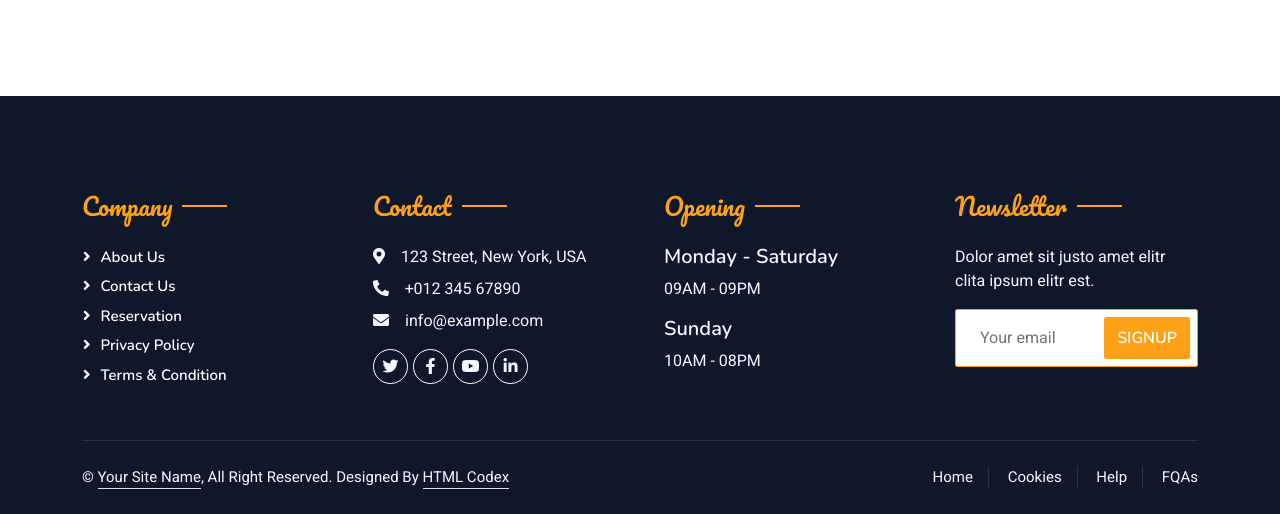
Repository: BDGomar/Presi
Page: contact.html
An editor plug-in stored every save of this project. The page is shown before and after a run of saves, followed by the edit.
The browser window is 1280 px wide. The pictures show the part of the page from y = 1089 to 1603 px (the page is 1603 px tall before and 1594 px after).
Some web libraries are served in a nearby version.

Above is the page before, as saved 2024-11-12 19:29:12.

### contact.html
<!DOCTYPE html>
<html lang="en">

<head>
    <meta charset="utf-8">
    <title>Restoran - Bootstrap Restaurant Template</title>
    <meta content="width=device-width, initial-scale=1.0" name="viewport">
    <meta content="" name="keywords">
    <meta content="" name="description">

    <!-- Favicon -->
    <link href="img/favicon.ico" rel="icon">

    <!-- Google Web Fonts -->
    <link rel="preconnect" href="https://fonts.googleapis.com">
    <link rel="preconnect" href="https://fonts.gstatic.com" crossorigin>
    <link href="https://fonts.googleapis.com/css2?family=Heebo:wght@400;500;600&family=Nunito:wght@600;700;800&family=Pacifico&display=swap" rel="stylesheet">

    <!-- Icon Font Stylesheet -->
    <link href="https://cdnjs.cloudflare.com/ajax/libs/font-awesome/5.10.0/css/all.min.css" rel="stylesheet">
    <link href="https://cdn.jsdelivr.net/npm/bootstrap-icons@1.4.1/font/bootstrap-icons.css" rel="stylesheet">

    <!-- Libraries Stylesheet -->
    <link href="lib/animate/animate.min.css" rel="stylesheet">
    <link href="lib/owlcarousel/assets/owl.carousel.min.css" rel="stylesheet">
    <link href="lib/tempusdominus/css/tempusdominus-bootstrap-4.min.css" rel="stylesheet" />

    <!-- Customized Bootstrap Stylesheet -->
    <link href="css/bootstrap.min.css" rel="stylesheet">

    <!-- Template Stylesheet -->
    <link href="css/style.css" rel="stylesheet">
</head>

<body>
    <div class="container-xxl bg-white p-0">
        <!-- Spinner Start -->
        <div id="spinner" class="show bg-white position-fixed translate-middle w-100 vh-100 top-50 start-50 d-flex align-items-center justify-content-center">
            <div class="spinner-border text-primary" style="width: 3rem; height: 3rem;" role="status">
                <span class="sr-only">Loading...</span>
            </div>
        </div>
        <!-- Spinner End -->


        <!-- Navbar & Hero Start -->
        <div class="container-xxl position-relative p-0">
            <nav class="navbar navbar-expand-lg navbar-dark bg-dark px-4 px-lg-5 py-3 py-lg-0">
                <a href="" class="navbar-brand p-0">
                    <h1 class="text-primary m-0"><i class="fa fa-utensils me-3"></i>Restoran</h1>
                    <!-- <img src="img/logo.png" alt="Logo"> -->
                </a>
                <button class="navbar-toggler" type="button" data-bs-toggle="collapse" data-bs-target="#navbarCollapse">
                    <span class="fa fa-bars"></span>
                </button>
                <div class="collapse navbar-collapse" id="navbarCollapse">
                    <div class="navbar-nav ms-auto py-0 pe-4">
                        <a href="index.html" class="nav-item nav-link">Home</a>
                        <a href="about.html" class="nav-item nav-link">About</a>
                        <a href="service.html" class="nav-item nav-link">Service</a>
                        <a href="menu.html" class="nav-item nav-link">Menu</a>
                        <div class="nav-item dropdown">
                            <a href="#" class="nav-link dropdown-toggle" data-bs-toggle="dropdown">Pages</a>
                            <div class="dropdown-menu m-0">
                                <a href="booking.html" class="dropdown-item">Booking</a>
                                <a href="team.html" class="dropdown-item">Our Team</a>
                                <a href="testimonial.html" class="dropdown-item">Testimonial</a>
                            </div>
                        </div>
                        <a href="contact.html" class="nav-item nav-link active">Contact</a>
                    </div>
                    <a href="" class="btn btn-primary py-2 px-4">Book A Table</a>
                </div>
            </nav>

            <div class="container-xxl py-5 bg-dark hero-header mb-5">
                <div class="container text-center my-5 pt-5 pb-4">
                    <h1 class="display-3 text-white mb-3 animated slideInDown">Contact Us</h1>
                    <nav aria-label="breadcrumb">
                        <ol class="breadcrumb justify-content-center text-uppercase">
                            <li class="breadcrumb-item"><a href="#">Home</a></li>
                            <li class="breadcrumb-item"><a href="#">Pages</a></li>
                            <li class="breadcrumb-item text-white active" aria-current="page">Contact</li>
                        </ol>
                    </nav>
                </div>
            </div>
        </div>
        <!-- Navbar & Hero End -->


        <!-- Contact Start -->
        <div class="container-xxl py-5">
            <div class="container">
                <div class="text-center wow fadeInUp" data-wow-delay="0.1s">
                    <h5 class="section-title ff-secondary text-center text-primary fw-normal">Contact Us</h5>
                    <h1 class="mb-5">Contact For Any Query</h1>
                </div>
                <div class="row g-4">
                    <div class="col-12">
                        <div class="row gy-4">
                            <div class="col-md-4">
                                <h5 class="section-title ff-secondary fw-normal text-start text-primary">Booking</h5>
                                <p><i class="fa fa-envelope-open text-primary me-2"></i>book@example.com</p>
                            </div>
                            <div class="col-md-4">
                                <h5 class="section-title ff-secondary fw-normal text-start text-primary">General</h5>
                                <p><i class="fa fa-envelope-open text-primary me-2"></i>info@example.com</p>
                            </div>
                            <div class="col-md-4">
                                <h5 class="section-title ff-secondary fw-normal text-start text-primary">Technical</h5>
                                <p><i class="fa fa-envelope-open text-primary me-2"></i>tech@example.com</p>
                            </div>
                        </div>
                    </div>
                    <div class="col-md-6 wow fadeIn" data-wow-delay="0.1s">
                        <iframe class="position-relative rounded w-100 h-100"
                            src="https://www.google.com/maps/embed?pb=!1m18!1m12!1m3!1d3001156.4288297426!2d-78.01371936852176!3d42.72876761954724!2m3!1f0!2f0!3f0!3m2!1i1024!2i768!4f13.1!3m3!1m2!1s0x4ccc4bf0f123a5a9%3A0xddcfc6c1de189567!2sNew%20York%2C%20USA!5e0!3m2!1sen!2sbd!4v1603794290143!5m2!1sen!2sbd"
                            frameborder="0" style="min-height: 350px; border:0;" allowfullscreen="" aria-hidden="false"
                            tabindex="0"></iframe>
                    </div>
                    <div class="col-md-6">
                        <div class="wow fadeInUp" data-wow-delay="0.2s">
                            <form>
                                <div class="row g-3">
                                    <div class="col-md-6">
                                        <div class="form-floating">
                                            <input type="text" class="form-control" id="name" placeholder="Your Name">
                                            <label for="name">Your Name</label>
                                        </div>
                                    </div>
                                    <div class="col-md-6">
                                        <div class="form-floating">
                                            <input type="email" class="form-control" id="email" placeholder="Your Email">
                                            <label for="email">Your Email</label>
                                        </div>
                                    </div>
                                    <div class="col-12">
                                        <div class="form-floating">
                                            <input type="text" class="form-control" id="subject" placeholder="Subject">
                                            <label for="subject">Subject</label>
                                        </div>
                                    </div>
                                    <div class="col-12">
                                        <div class="form-floating">
                                            <textarea class="form-control" placeholder="Leave a message here" id="message" style="height: 150px"></textarea>
                                            <label for="message">Message</label>
                                        </div>
                                    </div>
                                    <div class="col-12">
                                        <button class="btn btn-primary w-100 py-3" type="submit">Send Message</button>
                                    </div>
                                </div>
                            </form>
                        </div>
                    </div>
                </div>
            </div>
        </div>
        <!-- Contact End -->


        <!-- Footer Start -->
        <div class="container-fluid bg-dark text-light footer pt-5 mt-5 wow fadeIn" data-wow-delay="0.1s">
            <div class="container py-5">
                <div class="row g-5">
                    <div class="col-lg-3 col-md-6">
                        <h4 class="section-title ff-secondary text-start text-primary fw-normal mb-4">Company</h4>
                        <a class="btn btn-link" href="">About Us</a>
                        <a class="btn btn-link" href="">Contact Us</a>
                        <a class="btn btn-link" href="">Reservation</a>
                        <a class="btn btn-link" href="">Privacy Policy</a>
                        <a class="btn btn-link" href="">Terms & Condition</a>
                    </div>
                    <div class="col-lg-3 col-md-6">
                        <h4 class="section-title ff-secondary text-start text-primary fw-normal mb-4">Contact</h4>
                        <p class="mb-2"><i class="fa fa-map-marker-alt me-3"></i>123 Street, New York, USA</p>
                        <p class="mb-2"><i class="fa fa-phone-alt me-3"></i>+012 345 67890</p>
                        <p class="mb-2"><i class="fa fa-envelope me-3"></i>info@example.com</p>
                        <div class="d-flex pt-2">
                            <a class="btn btn-outline-light btn-social" href=""><i class="fab fa-twitter"></i></a>
                            <a class="btn btn-outline-light btn-social" href=""><i class="fab fa-facebook-f"></i></a>
                            <a class="btn btn-outline-light btn-social" href=""><i class="fab fa-youtube"></i></a>
                            <a class="btn btn-outline-light btn-social" href=""><i class="fab fa-linkedin-in"></i></a>
                        </div>
                    </div>
                    <div class="col-lg-3 col-md-6">
                        <h4 class="section-title ff-secondary text-start text-primary fw-normal mb-4">Opening</h4>
                        <h5 class="text-light fw-normal">Monday - Saturday</h5>
                        <p>09AM - 09PM</p>
                        <h5 class="text-light fw-normal">Sunday</h5>
                        <p>10AM - 08PM</p>
                    </div>
                    <div class="col-lg-3 col-md-6">
                        <h4 class="section-title ff-secondary text-start text-primary fw-normal mb-4">Newsletter</h4>
                        <p>Dolor amet sit justo amet elitr clita ipsum elitr est.</p>
                        <div class="position-relative mx-auto" style="max-width: 400px;">
                            <input class="form-control border-primary w-100 py-3 ps-4 pe-5" type="text" placeholder="Your email">
                            <button type="button" class="btn btn-primary py-2 position-absolute top-0 end-0 mt-2 me-2">SignUp</button>
                        </div>
                    </div>
                </div>
            </div>
            <div class="container">
                <div class="copyright">
                    <div class="row">
                        <div class="col-md-6 text-center text-md-start mb-3 mb-md-0">
                            &copy; <a class="border-bottom" href="#">Your Site Name</a>, All Right Reserved.

							<!--/*** This template is free as long as you keep the footer author’s credit link/attribution link/backlink. If you'd like to use the template without the footer author’s credit link/attribution link/backlink, you can purchase the Credit Removal License from "https://htmlcodex.com/credit-removal". Thank you for your support. ***/-->
							Designed By <a class="border-bottom" href="https://htmlcodex.com">HTML Codex</a>
                        </div>
                        <div class="col-md-6 text-center text-md-end">
                            <div class="footer-menu">
                                <a href="">Home</a>
                                <a href="">Cookies</a>
                                <a href="">Help</a>
                                <a href="">FQAs</a>
                            </div>
                        </div>
                    </div>
                </div>
            </div>
        </div>
        <!-- Footer End -->


        <!-- Back to Top -->
        <a href="#" class="btn btn-lg btn-primary btn-lg-square back-to-top"><i class="bi bi-arrow-up"></i></a>
    </div>

    <!-- JavaScript Libraries -->
    <script src="https://code.jquery.com/jquery-3.4.1.min.js"></script>
    <script src="https://cdn.jsdelivr.net/npm/bootstrap@5.0.0/dist/js/bootstrap.bundle.min.js"></script>
    <script src="lib/wow/wow.min.js"></script>
    <script src="lib/easing/easing.min.js"></script>
    <script src="lib/waypoints/waypoints.min.js"></script>
    <script src="lib/counterup/counterup.min.js"></script>
    <script src="lib/owlcarousel/owl.carousel.min.js"></script>
    <script src="lib/tempusdominus/js/moment.min.js"></script>
    <script src="lib/tempusdominus/js/moment-timezone.min.js"></script>
    <script src="lib/tempusdominus/js/tempusdominus-bootstrap-4.min.js"></script>

    <!-- Template Javascript -->
    <script src="js/main.js"></script>
</body>

</html>

Loaded but not shown: lib/animate/animate.min.css (library); lib/owlcarousel/assets/owl.carousel.min.css (common file); lib/tempusdominus/css/tempusdominus-bootstrap-4.min.css (library); css/bootstrap.min.css (library); lib/wow/wow.min.js (library); lib/easing/easing.min.js (common file); lib/waypoints/waypoints.min.js (library); lib/counterup/counterup.min.js (common file); lib/owlcarousel/owl.carousel.min.js (library); lib/tempusdominus/js/moment.min.js (library); lib/tempusdominus/js/moment-timezone.min.js (library); lib/tempusdominus/js/tempusdominus-bootstrap-4.min.js (library); js/main.js (117 lines, source omitted); css/style.css (483 lines, source omitted)

After the next 2 saves:
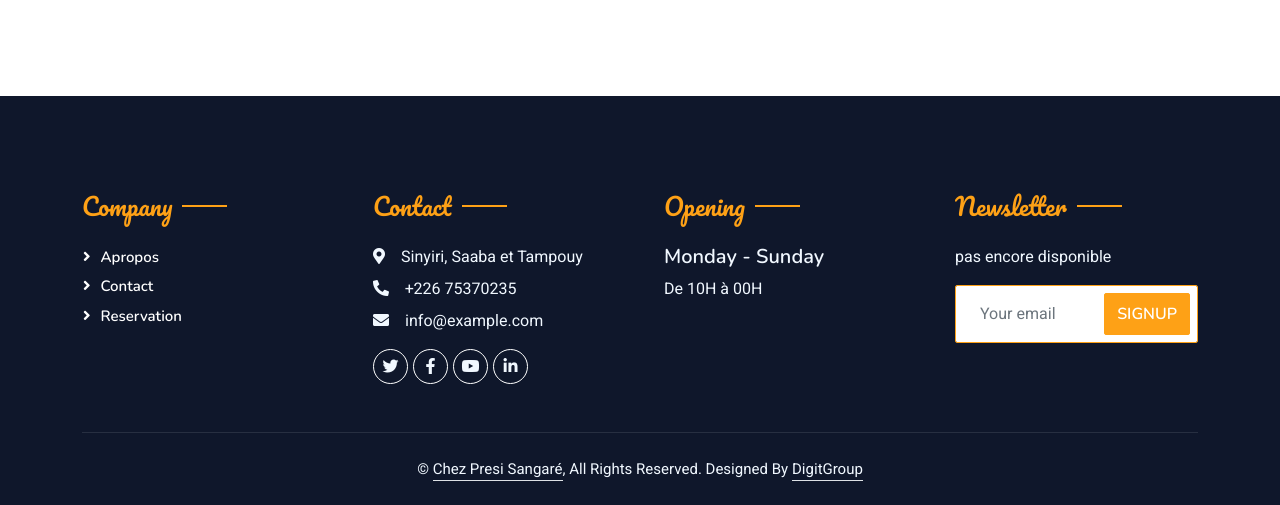
The 2 saves are shown as one change because they came seconds apart.
The last was saved 48 s later.
--- a/contact.html
+++ b/contact.html
@@ -161,21 +161,20 @@
 
 
         <!-- Footer Start -->
-        <div class="container-fluid bg-dark text-light footer pt-5 mt-5 wow fadeIn" data-wow-delay="0.1s">
+          <!-- Footer Start -->
+          <div class="container-fluid bg-dark text-light footer pt-5 mt-5 wow fadeIn" data-wow-delay="0.1s">
             <div class="container py-5">
                 <div class="row g-5">
                     <div class="col-lg-3 col-md-6">
                         <h4 class="section-title ff-secondary text-start text-primary fw-normal mb-4">Company</h4>
-                        <a class="btn btn-link" href="">About Us</a>
-                        <a class="btn btn-link" href="">Contact Us</a>
+                        <a class="btn btn-link" href="">Apropos</a>
+                        <a class="btn btn-link" href="">Contact</a>
                         <a class="btn btn-link" href="">Reservation</a>
-                        <a class="btn btn-link" href="">Privacy Policy</a>
-                        <a class="btn btn-link" href="">Terms & Condition</a>
                     </div>
                     <div class="col-lg-3 col-md-6">
                         <h4 class="section-title ff-secondary text-start text-primary fw-normal mb-4">Contact</h4>
-                        <p class="mb-2"><i class="fa fa-map-marker-alt me-3"></i>123 Street, New York, USA</p>
-                        <p class="mb-2"><i class="fa fa-phone-alt me-3"></i>+012 345 67890</p>
+                        <p class="mb-2"><i class="fa fa-map-marker-alt me-3"></i>Sinyiri, Saaba et Tampouy</p>
+                        <p class="mb-2"><i class="fa fa-phone-alt me-3"></i>+226 75370235</p>
                         <p class="mb-2"><i class="fa fa-envelope me-3"></i>info@example.com</p>
                         <div class="d-flex pt-2">
                             <a class="btn btn-outline-light btn-social" href=""><i class="fab fa-twitter"></i></a>
@@ -186,14 +185,12 @@
                     </div>
                     <div class="col-lg-3 col-md-6">
                         <h4 class="section-title ff-secondary text-start text-primary fw-normal mb-4">Opening</h4>
-                        <h5 class="text-light fw-normal">Monday - Saturday</h5>
-                        <p>09AM - 09PM</p>
-                        <h5 class="text-light fw-normal">Sunday</h5>
-                        <p>10AM - 08PM</p>
+                        <h5 class="text-light fw-normal">Monday - Sunday</h5>
+                        <p>De 10H à 00H</p>
                     </div>
                     <div class="col-lg-3 col-md-6">
                         <h4 class="section-title ff-secondary text-start text-primary fw-normal mb-4">Newsletter</h4>
-                        <p>Dolor amet sit justo amet elitr clita ipsum elitr est.</p>
+                        <p>pas encore disponible</p>
                         <div class="position-relative mx-auto" style="max-width: 400px;">
                             <input class="form-control border-primary w-100 py-3 ps-4 pe-5" type="text" placeholder="Your email">
                             <button type="button" class="btn btn-primary py-2 position-absolute top-0 end-0 mt-2 me-2">SignUp</button>
@@ -203,21 +200,13 @@
             </div>
             <div class="container">
                 <div class="copyright">
-                    <div class="row">
-                        <div class="col-md-6 text-center text-md-start mb-3 mb-md-0">
-                            &copy; <a class="border-bottom" href="#">Your Site Name</a>, All Right Reserved.
-
-							<!--/*** This template is free as long as you keep the footer author’s credit link/attribution link/backlink. If you'd like to use the template without the footer author’s credit link/attribution link/backlink, you can purchase the Credit Removal License from "https://htmlcodex.com/credit-removal". Thank you for your support. ***/-->
-							Designed By <a class="border-bottom" href="https://htmlcodex.com">HTML Codex</a>
-                        </div>
-                        <div class="col-md-6 text-center text-md-end">
-                            <div class="footer-menu">
-                                <a href="">Home</a>
-                                <a href="">Cookies</a>
-                                <a href="">Help</a>
-                                <a href="">FQAs</a>
-                            </div>
-                        </div>
+                    <div class="row" class="ion-align-items-center" id="dedi">
+                        <div class="col-12 text-center mb-3 mb-md-0">
+                            &copy; <a class="border-bottom" href="#">Chez Presi Sangaré</a>, All Rights Reserved.
+                            Designed By <a class="border-bottom" href="https://benomar.my.canva.site/digitgroup">DigitGroup</a>
+                        </div>
+
+
                     </div>
                 </div>
             </div>
